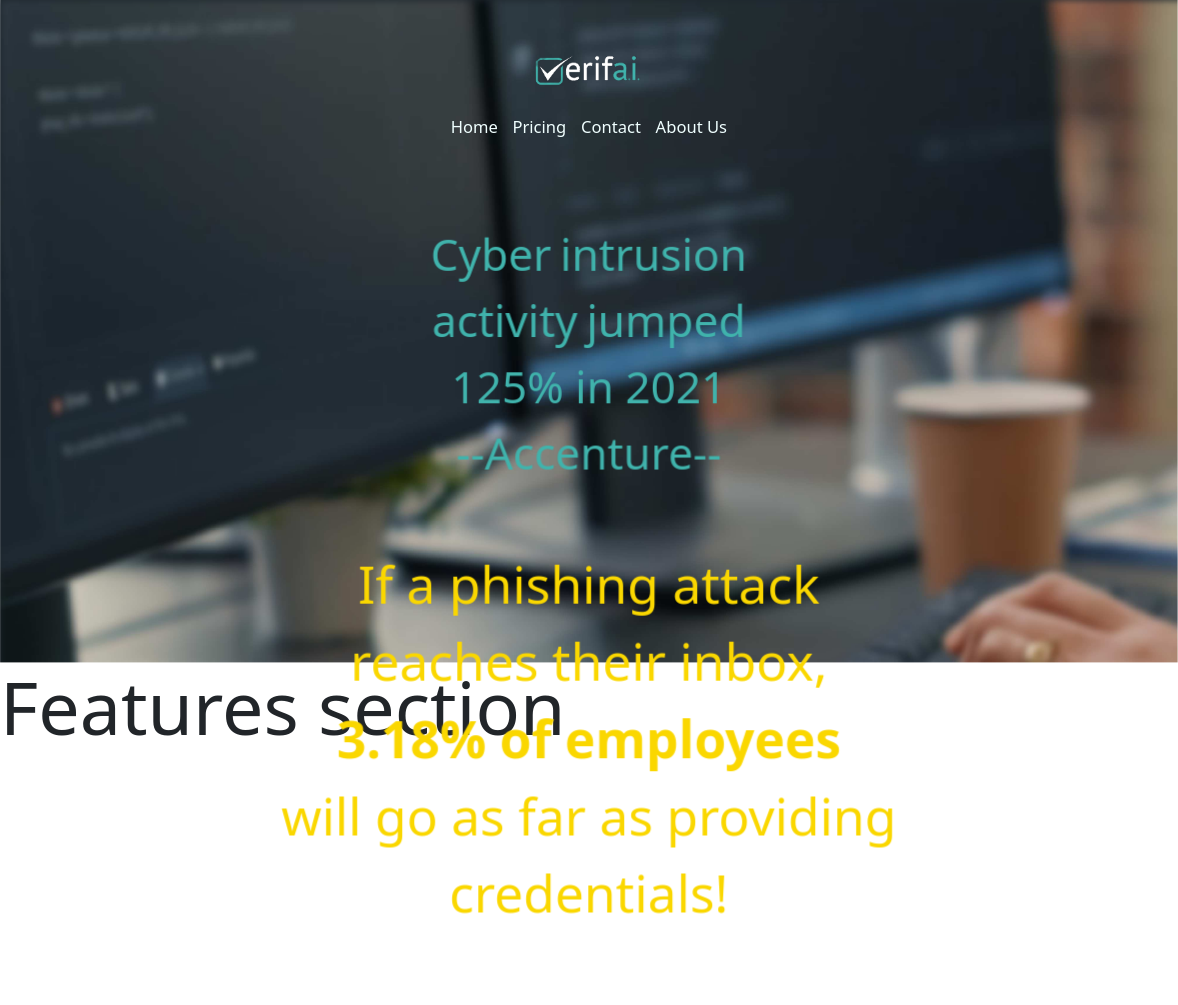
Repository: Ali-VB/verif-website
Page: /
The author's editor kept a copy of each file at every save. The page is drawn from the files as they stood at one save, then again after a run of saves.
The browser window is 1280 px wide. The pictures show the whole page, at 92% of full size.
The project was rebuilt for these pictures with package versions that can differ from the ones it lists, and the page was loaded fresh each time.

Above is the page before, as saved 2022-04-19 09:46:01.

After the next 6 saves:
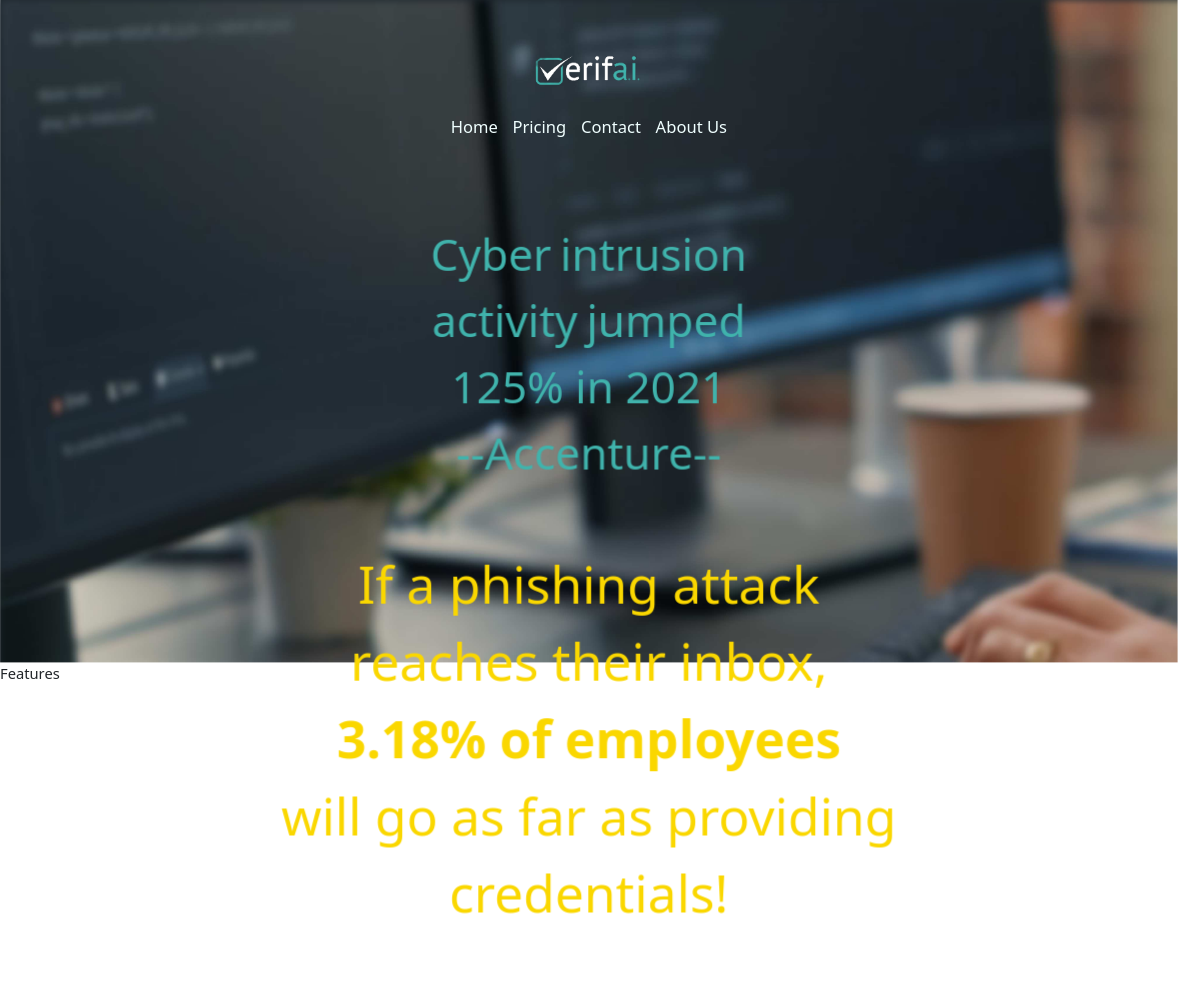
The 6 saves are shown as one change because 2 did not build or start and some came seconds apart.
The last was saved 6 min 33 s later.
--- a/src/components/Features/Features.jsx
+++ b/src/components/Features/Features.jsx
@@ -1,10 +1,9 @@
 import React from 'react'
 
-export default function
-h1() {
+function Features() {
   return (
-    <div>
-        <h1 className='display-1'>Features section </h1>
-    </div>
+    <div>Features</div>
   )
 }
+
+export default Features
